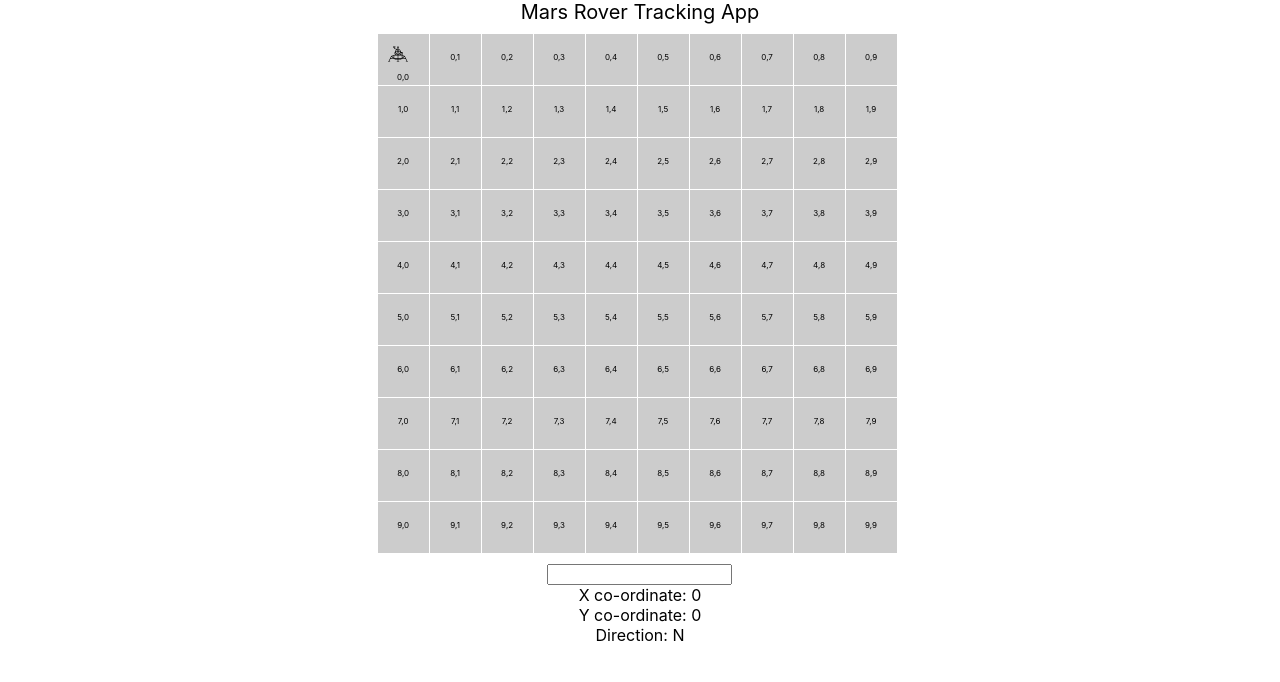
Repository: madhurisandbhor/Rover-Tracking-App
Page: /
These files come from the project's save history. The page is drawn as it stood at one moment and after the next save; the edit follows.
The browser window is 1280 px wide. The pictures show the whole page.
The project was rebuilt for these pictures with package versions that can differ from the ones it lists, and the page was loaded fresh each time.

Above is the page before, as saved 2021-09-06 19:13:01.

### src/App.js
import './App.css'
import Grid from './Grid'

const header = {
  fontSize: '20px',
}

function App() {
  return (
    <div className="App">
      <header style={header}>Mars Rover Tracking App</header>
      <Grid />
    </div>
  )
}

export default App

### src/Grid.jsx
import React, { useState, useEffect } from 'react'
import { maxY, maxX, x, y, d } from './constants'
import testGrid from './testGrid'
import roverIcon from './svg/rover-icon.svg'

const wrapper = {
  width: '41%',
  margin: '10px auto',
}

const grid = {
  margin: '10px auto',
  display: 'grid',
  gridTemplateColumns: `repeat(${maxY + 1}, 51px)`,
  gridTemplateRows: `repeat(${maxX + 1}, 51px)`,
  gridGap: '1px',
}

const itemStyle = {
  padding: '10px',
  backgroundColor: '#ccc',
}

const itemSpan = {
  fontSize: '8px',
}

const roverImg = {
  width: '20px',
  height: '20px',
  alignText: 'center',
}

const Grid = () => {
  const gridLength = (maxX + 1) * (maxY + 1)
  const totalItems = Array(gridLength).fill()
  const [input, setInput] = useState('')
  const [roverXPosition, setRoverXPosition] = useState(x)
  const [roverYPosition, setRoverYPosition] = useState(y)
  const [roverDirection, setRoverDirection] = useState(d)
  const [transformProp, setTransformProp] = useState()

  useEffect(() => {
    const result = testGrid(input)
    setRoverXPosition(result[0]) // X-position
    setRoverYPosition(result[1]) // y-position
    setRoverDirection(result[2]) // direction

    if (roverDirection === 'N') setTransformProp('rotate(0deg)')
    else if (roverDirection === 'E') setTransformProp('rotate(90deg)')
    else if (roverDirection === 'S') setTransformProp('rotate(180deg)')
    else if (roverDirection === 'W') setTransformProp('rotate(-90deg)')
  }, [input, roverDirection])

  return (
    <div style={wrapper}>
      <div style={grid}>
        {totalItems.map((item, index) => (
          <div key={index} style={itemStyle}>
            {roverXPosition * 10 + roverYPosition === index && (
              <div style={roverImg}>
                <img
                  style={{ width: '100%', transform: transformProp }}
                  src={roverIcon}
                  alt="rover"
                />
              </div>
            )}
            <span style={itemSpan}>
              {Math.floor(index / 10)},{index % 10}
            </span>
          </div>
        ))}
      </div>
      <input
        name="inputString"
        value={input}
        onChange={(event) => setInput(event.target.value)}
      />
      <div>
        <div>X co-ordinate: {roverXPosition}</div>
        <div>Y co-ordinate: {roverYPosition}</div>
        <div> Direction: {roverDirection}</div>
      </div>
    </div>
  )
}

export default Grid

### src/constants.js
export const x = 0, y = 0, maxX = 9, maxY = 9;
export const d = 'N';
export const directionsToRight = ['N', 'E', 'S', 'W']
export const directionsToLeft = ['N', 'W', 'S', 'E']

### src/testGrid.js
import {
  x,
  y,
  d,
  directionsToRight,
  directionsToLeft,
  maxX,
  maxY,
} from './constants'

const testGrid = (testString) => {
  const roverPosition = [x, y, d]
  const testArr = testString.split('')

  for (let i = 0; i < testArr.length; i++) {
    if (testArr[i] === 'r') {
      let currDirIndex = directionsToRight.findIndex(
        (item) => item === roverPosition[2]
      )
      if (currDirIndex > -1 && currDirIndex < 3)
        roverPosition[2] = directionsToRight[currDirIndex + 1]
      else roverPosition[2] = directionsToRight[0]
    } else if (testArr[i] === 'l') {
      let currDirIndex = directionsToLeft.findIndex(
        (item) => item === roverPosition[2]
      )
      if (currDirIndex > -1 && currDirIndex < 3)
        roverPosition[2] = directionsToLeft[currDirIndex + 1]
      else roverPosition[2] = directionsToLeft[0]
    } else if (testArr[i] === 'f') {
      if (roverPosition[2] === 'E') {
        if (roverPosition[1] < maxY) roverPosition[1]++
        else roverPosition[1] = 0
      } else if (roverPosition[2] === 'S') {
        if (roverPosition[0] < maxX) roverPosition[0]++
        else roverPosition[0] = 0
      } else if (roverPosition[2] === 'N') {
        if (roverPosition[0] <= 0) roverPosition[0] = maxX
        else roverPosition[0]--
      } else if (roverPosition[2] === 'W') {
        if (roverPosition[1] <= 0) roverPosition[1] = maxY
        else roverPosition[1]--
      }
    }
  }

  return roverPosition
}

export default testGrid

Loaded but not shown: public/index.html (common file); src/index.js (common file); src/index.css (common file); src/App.css (common file)

After the next save:
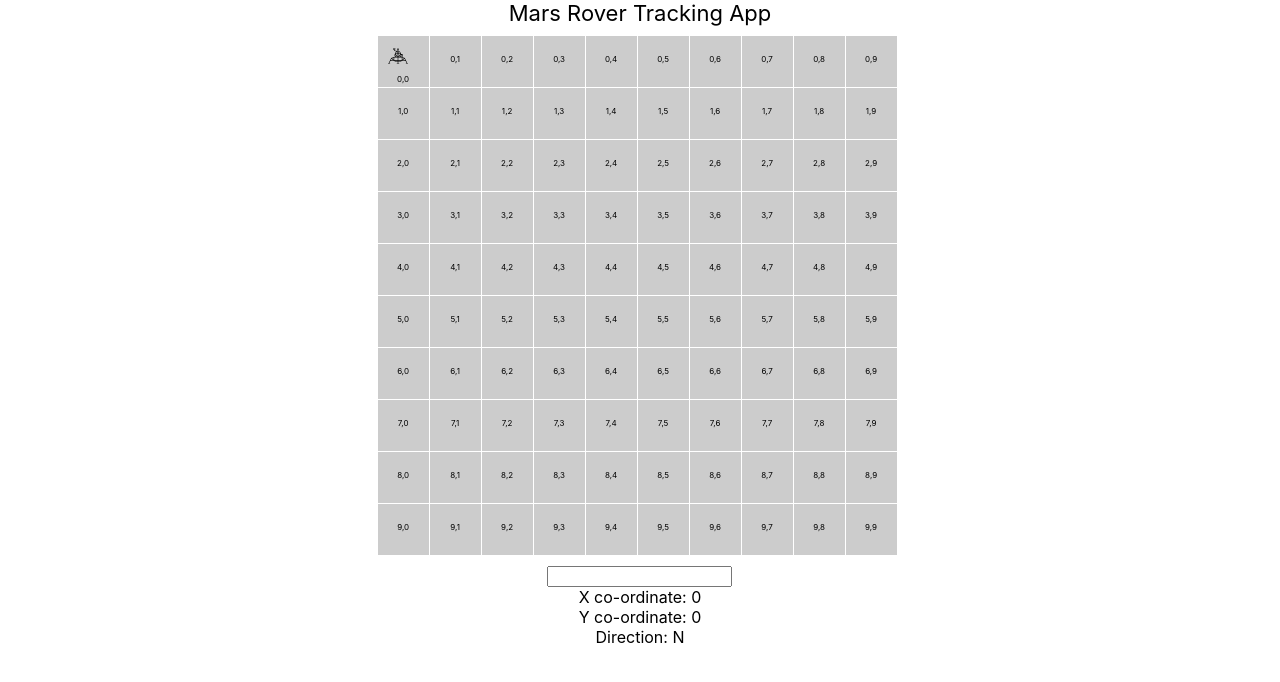
Saved 10 s later.
--- a/src/App.js
+++ b/src/App.js
@@ -2,7 +2,7 @@ import './App.css'
 import Grid from './Grid'
 
 const header = {
-  fontSize: '20px',
+  fontSize: '22px',
 }
 
 function App() {
